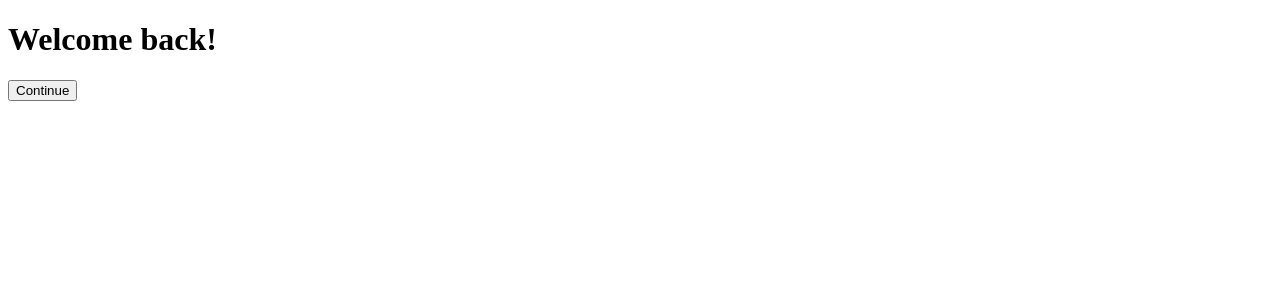
Repository: Leeminsu67/react-for-beginners
Page: /
These files come from the project's save history. The page is drawn as it stood at one moment and after the next save; the edit follows.
The browser window is 1280 px wide. The pictures show the whole page.
The project was rebuilt for these pictures with package versions that can differ from the ones it lists, and the page was loaded fresh each time.

Above is the page before, as saved 2024-08-02 15:37:00.

### src/index.js
import React from "react";
import ReactDOM from "react-dom/client";
import App from "./App";
// import "./style.css";

const root = ReactDOM.createRoot(document.getElementById("root"));
root.render(
  <React.StrictMode>
    <App />
  </React.StrictMode>
);

### src/App.js
import Button from "./Button";

function App() {
  return (
    <>
      <h1>Welcome back!</h1>
      <Button text={"Continue"} />
    </>
  );
}

export default App;

### src/Button.js
import PropTypes from "prop-types";

const Button = ({ text }) => {
  return <button>{text}</button>;
};

Button.prototype = {
  text: PropTypes.string.isRequired,
};

export default Button;

Loaded but not shown: public/index.html (common file)

After the next save:
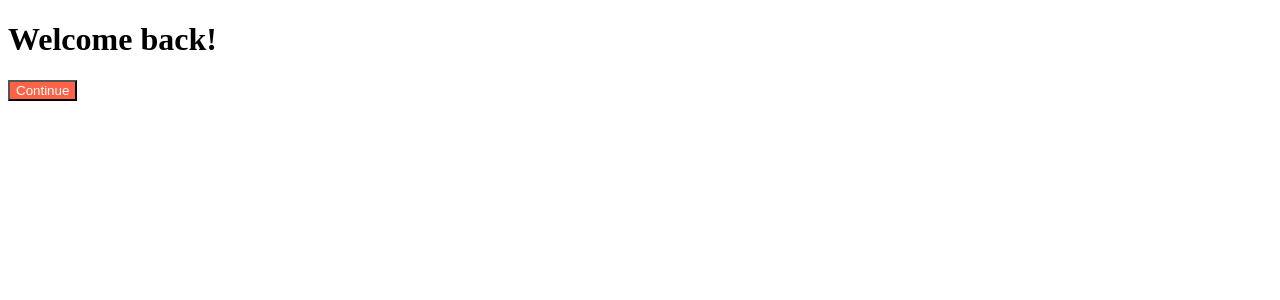
Saved 31 s later.
--- a/src/Button.js
+++ b/src/Button.js
@@ -1,7 +1,16 @@
 import PropTypes from "prop-types";
 
 const Button = ({ text }) => {
-  return <button>{text}</button>;
+  return (
+    <button
+      style={{
+        backgroundColor: "tomato",
+        color: "white",
+      }}
+    >
+      {text}
+    </button>
+  );
 };
 
 Button.prototype = {

After the save that followed:
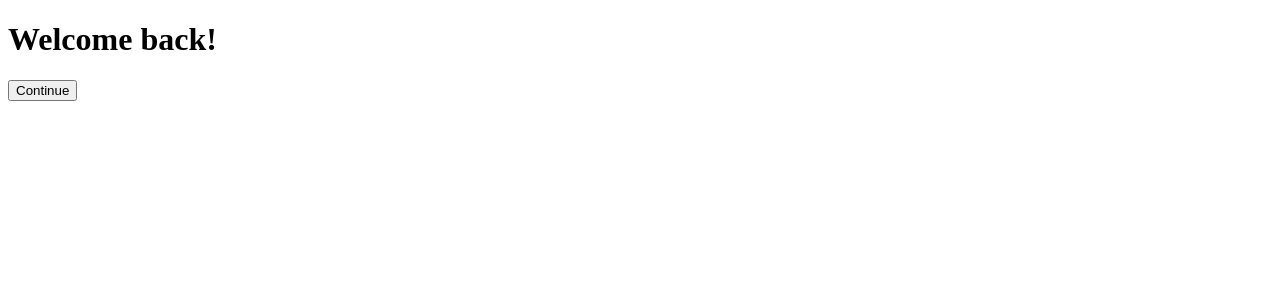
Saved 116 s later.
--- a/src/Button.js
+++ b/src/Button.js
@@ -1,16 +1,7 @@
 import PropTypes from "prop-types";
 
 const Button = ({ text }) => {
-  return (
-    <button
-      style={{
-        backgroundColor: "tomato",
-        color: "white",
-      }}
-    >
-      {text}
-    </button>
-  );
+  return <button>{text}</button>;
 };
 
 Button.prototype = {
